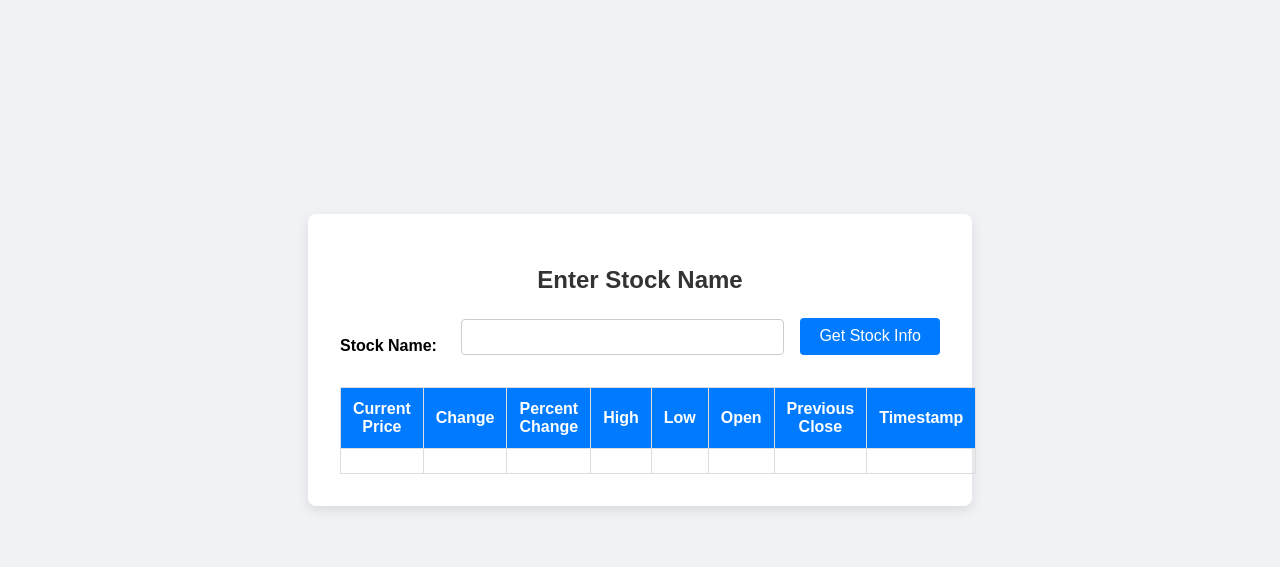
Repository: RamGochade39/Live-Share-Market-Tracker-Microservices-Based-Real-Time-Stock-Info-App
Page: http://localhost/Stock-Price-Enquary-App/views/index.jsp
The author's editor kept a copy of each file at every save. The page is drawn from the files as they stood at one save, then again after the next save.
The browser window is 1280 px wide. The pictures show the whole page.
The page is served by Tomcat 10. The template is opened directly, without the code that normally fills it, so the values that code supplies are empty.

Above is the page before, as saved 2025-06-21 07:08:10.

After the next save:
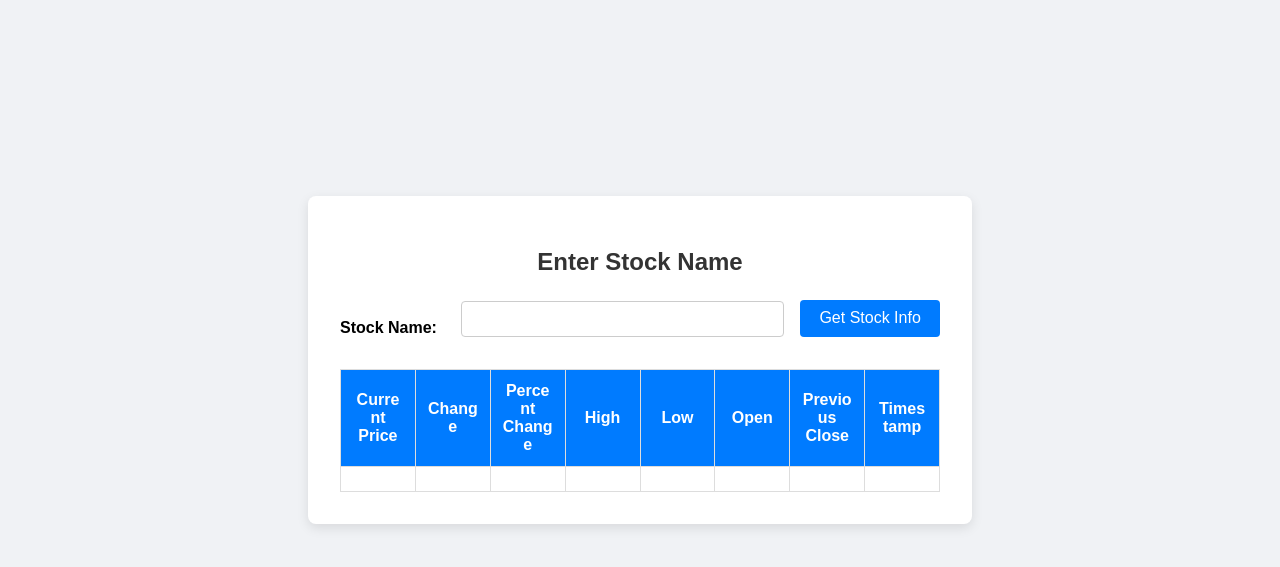
Saved 110 s later.
--- a/Stock-Price-Enquary-App/src/main/webapp/views/index.jsp
+++ b/Stock-Price-Enquary-App/src/main/webapp/views/index.jsp
@@ -23,6 +23,8 @@
       max-width: 600px;
       width: 100%;
       text-align: center;
+      /* enable horizontal scroll if table overflows */
+      overflow-x: auto;
     }
     h2 {
       margin-bottom: 1.5rem;
@@ -63,11 +65,16 @@
       width: 100%;
       border-collapse: collapse;
       margin-top: 1rem;
+      /* ensure columns shrink to fit */
+      table-layout: fixed;
     }
     th, td {
       padding: 0.75rem;
       border: 1px solid #ddd;
       text-align: center;
+      /* wrap text instead of expanding cells */
+      word-wrap: break-word;
+      white-space: normal;
     }
     th {
       background: #007bff;
